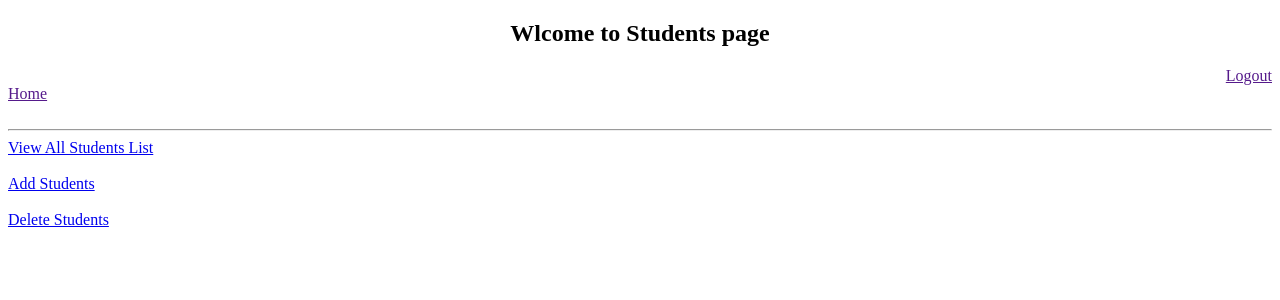
Repository: mdzeyan/JavaFSD-phase2-project
Page: Learners_Academy/src/main/webapp/Students.html
These files come from the project's save history. The page is drawn as it stood at one moment and after the next save; the edit follows.
The browser window is 1280 px wide. The pictures show the whole page.

Above is the page before, as saved 2022-03-29 11:07:14.

### Learners_Academy/src/main/webapp/Students.html
<!DOCTYPE html>
<html>
<head>
<meta charset="ISO-8859-1">
<title>Insert title here</title>
</head>
<body>

	<h2 align="center">Wlcome to Students page</h2>
	<div align="right"><a href="">Logout</a></div>
	<div align="left"><a href="">Home</a></div>
	<br>
	<hr></hr>
	<a href="ViewStudentList.html">View All Students List</a>
	<br><br>
	<a href="AddStudent.html">Add Students</a>
	<br><br>
	<a href="DeleteStudent.html">Delete Students</a>


</body>
</html>

After the next save:
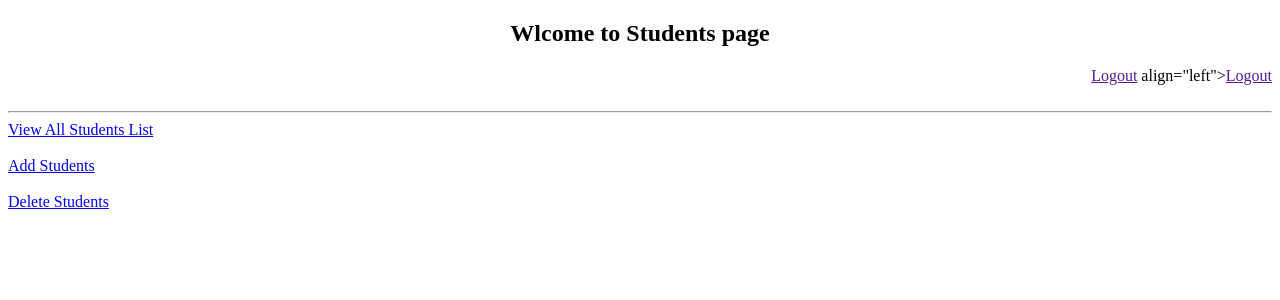
Saved 2 min 52 s later.
--- a/Learners_Academy/src/main/webapp/Students.html
+++ b/Learners_Academy/src/main/webapp/Students.html
@@ -7,8 +7,11 @@
 <body>
 
 	<h2 align="center">Wlcome to Students page</h2>
-	<div align="right"><a href="">Logout</a></div>
-	<div align="left"><a href="">Home</a></div>
+	<div
+		align="right"><a href="">Logout</a>
+		align="left"><a href="">Logout</a>
+	</div>
+
 	<br>
 	<hr></hr>
 	<a href="ViewStudentList.html">View All Students List</a>

After the save that followed:
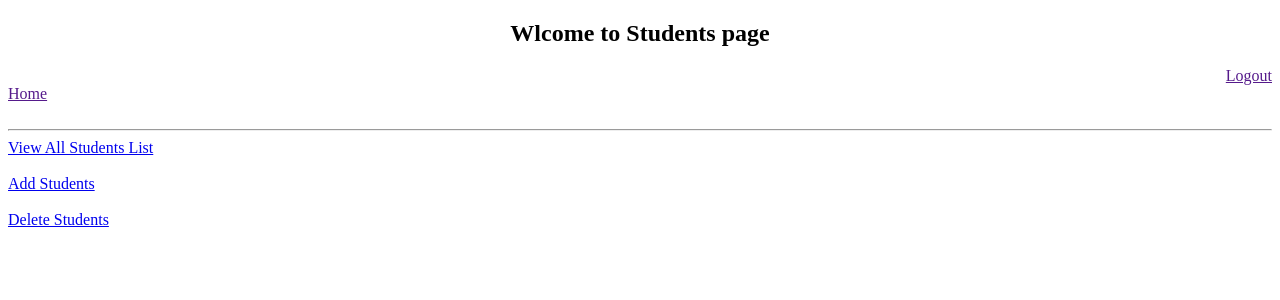
Saved 52 s later.
--- a/Learners_Academy/src/main/webapp/Students.html
+++ b/Learners_Academy/src/main/webapp/Students.html
@@ -9,7 +9,9 @@
 	<h2 align="center">Wlcome to Students page</h2>
 	<div
 		align="right"><a href="">Logout</a>
-		align="left"><a href="">Logout</a>
+	</div>
+	<div
+		align="left"><a href="">Home</a>
 	</div>
 
 	<br>
